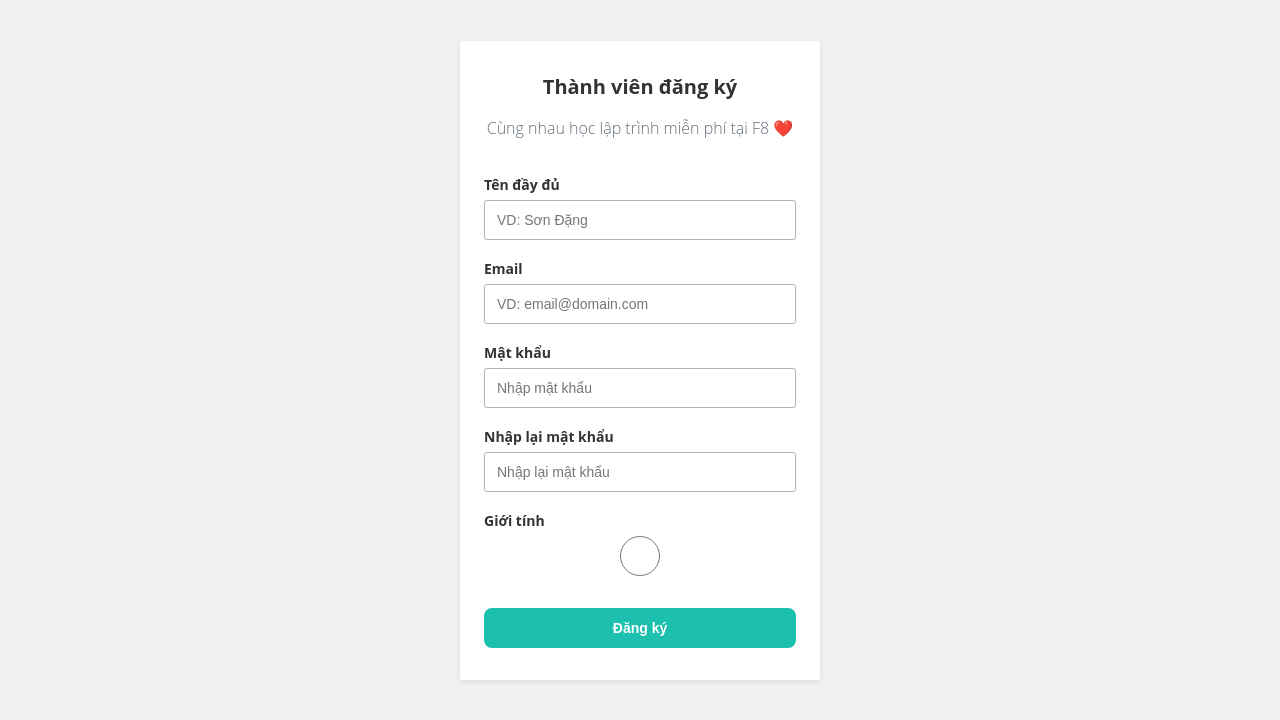
Repository: huudang2840/form-validator
Page: index.html
The author's editor kept a copy of each file at every save. The page is drawn from the files as they stood at one save, then again after the next save.
The browser window is 1280 px wide. The pictures show the whole page.

Above is the page before, as saved 2021-10-01 14:57:11.

After the next save:
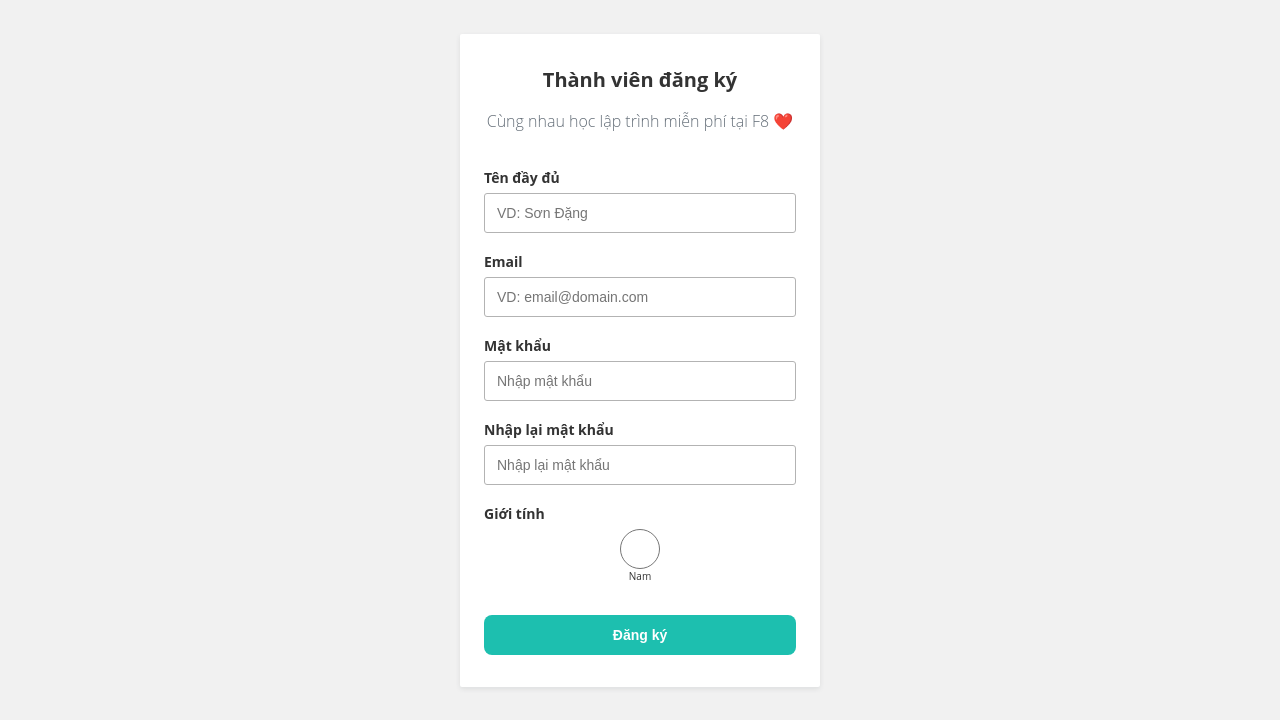
Saved 7 s later.
--- a/index.html
+++ b/index.html
@@ -66,7 +66,8 @@
         <!-- Test -->
         <div class="form-group">
           <label for="gender" class="form-label">Giới tính</label>
-          <input name="gender" type="radio" class="form-control" />
+          <div></div>
+          <input name="gender" type="radio" class="form-control" />Nam
           <span class="form-message"></span>
         </div>
 
